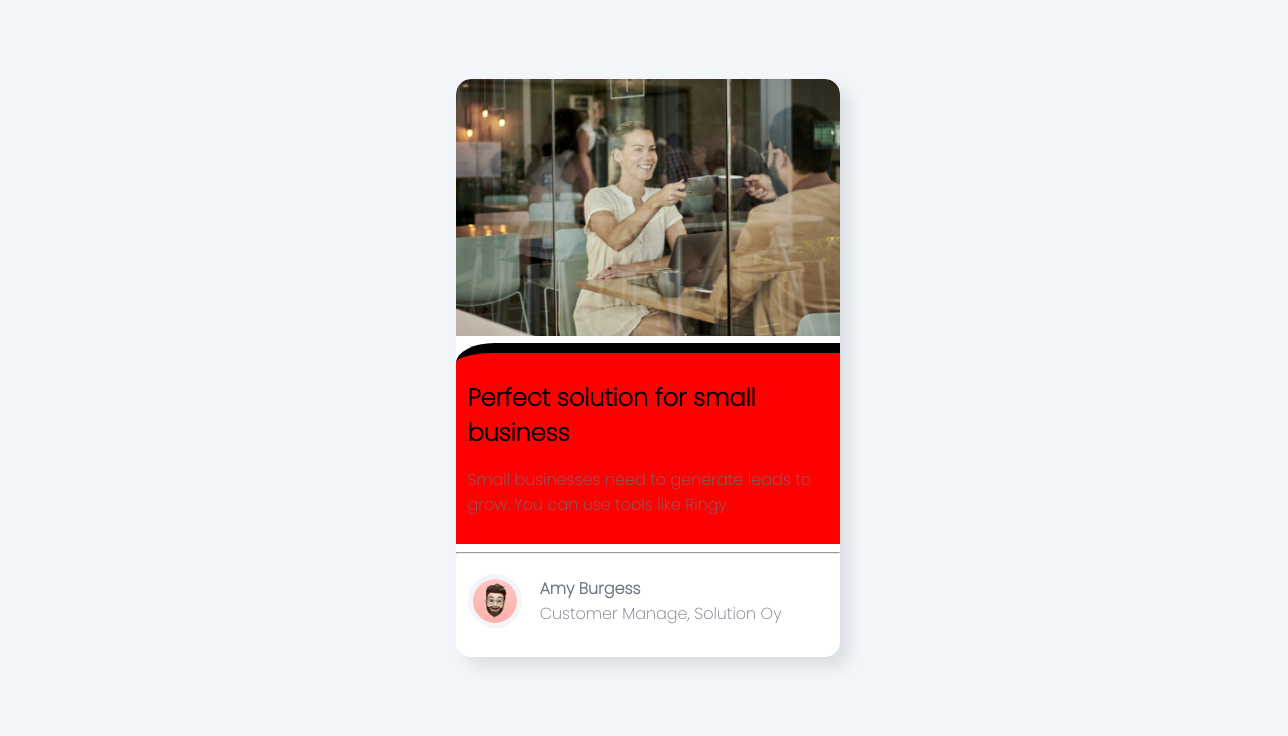
Repository: massndongo/business-blog-card
Page: index.html
These files come from the project's save history. The page is drawn as it stood at one moment and after the next save; the edit follows.
The browser window is 1280 px wide. The page is 1288 px wide, so the pictures cover 1288 px, including what lies to the right of the window. The pictures show the whole page.

Above is the page before, as saved 2023-11-08 05:26:59.

After the next save:
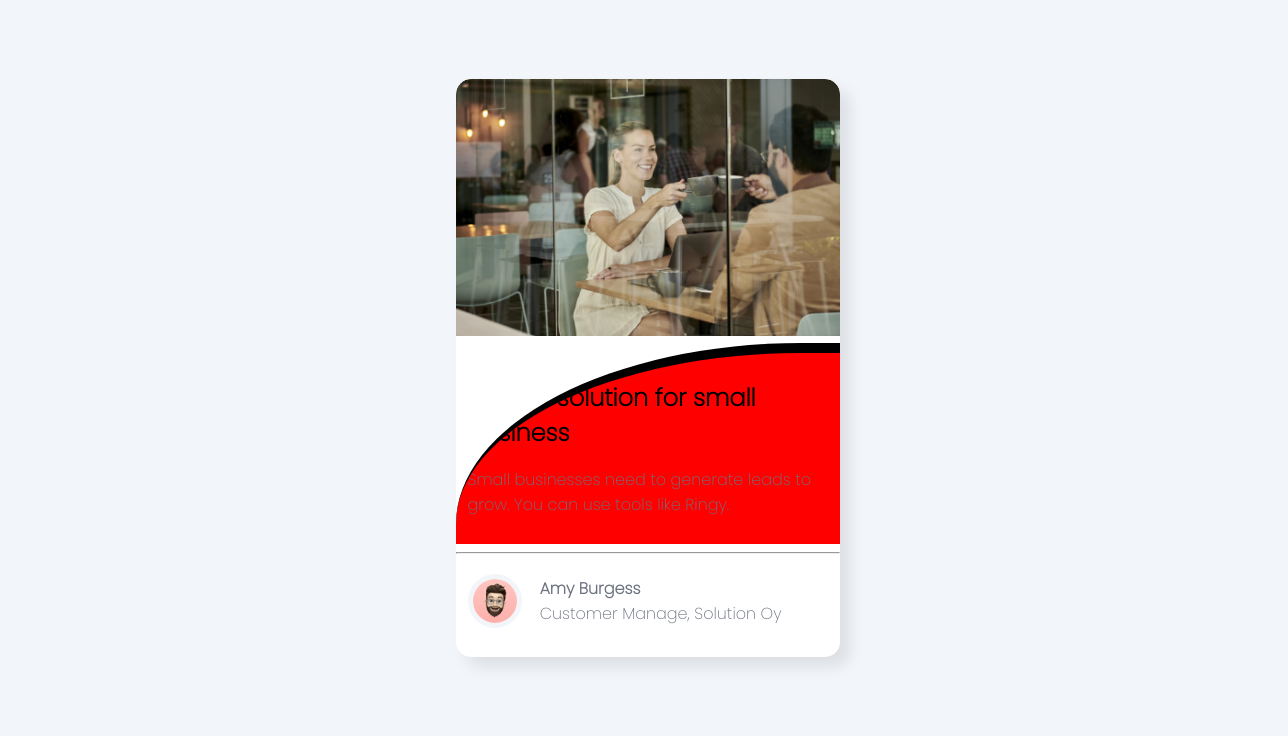
Saved 29 s later.
--- a/css/styles.css
+++ b/css/styles.css
@@ -34,7 +34,7 @@
 .card-body{
     background-color: red;
     border-top: 10px solid black;
-    border-top-left-radius: 10%;
+    border-top-left-radius: 90%;
 }
 .title{
     font-size: 24px;

After the save that followed:
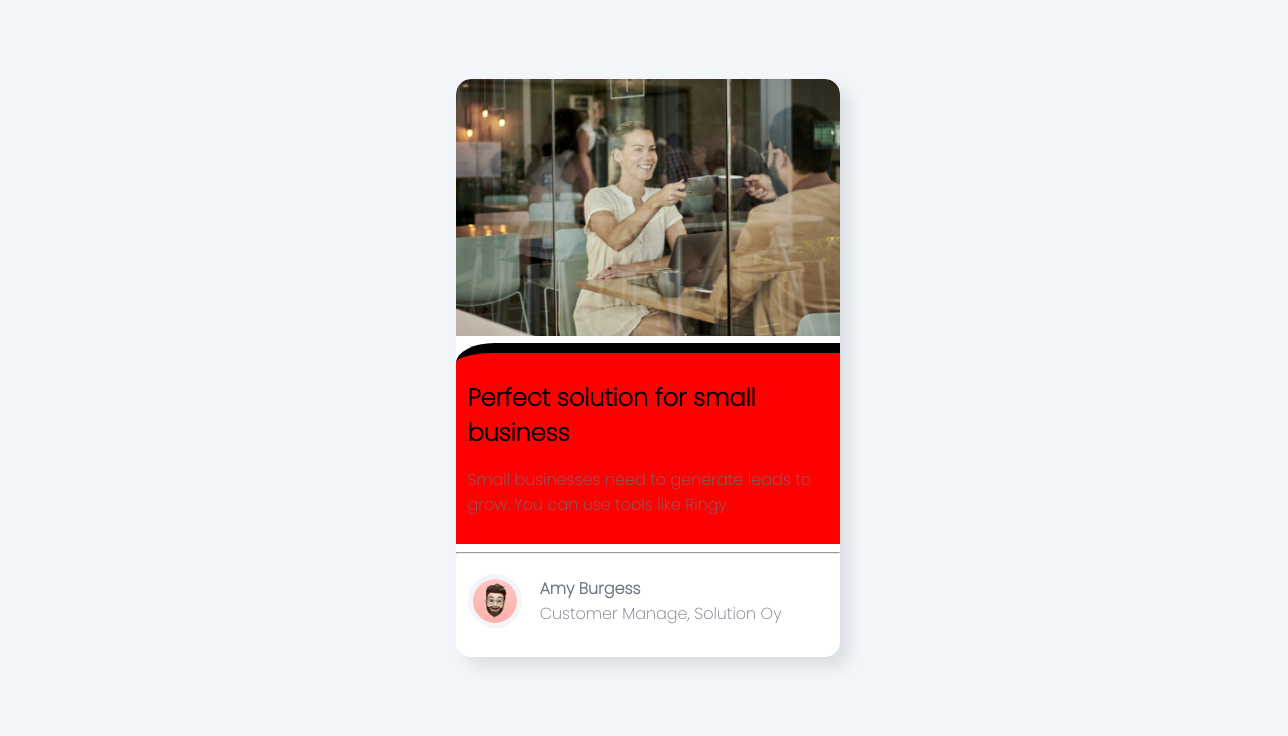
Saved 5 s later.
--- a/css/styles.css
+++ b/css/styles.css
@@ -34,7 +34,7 @@
 .card-body{
     background-color: red;
     border-top: 10px solid black;
-    border-top-left-radius: 90%;
+    border-top-left-radius: 10%;
 }
 .title{
     font-size: 24px;
